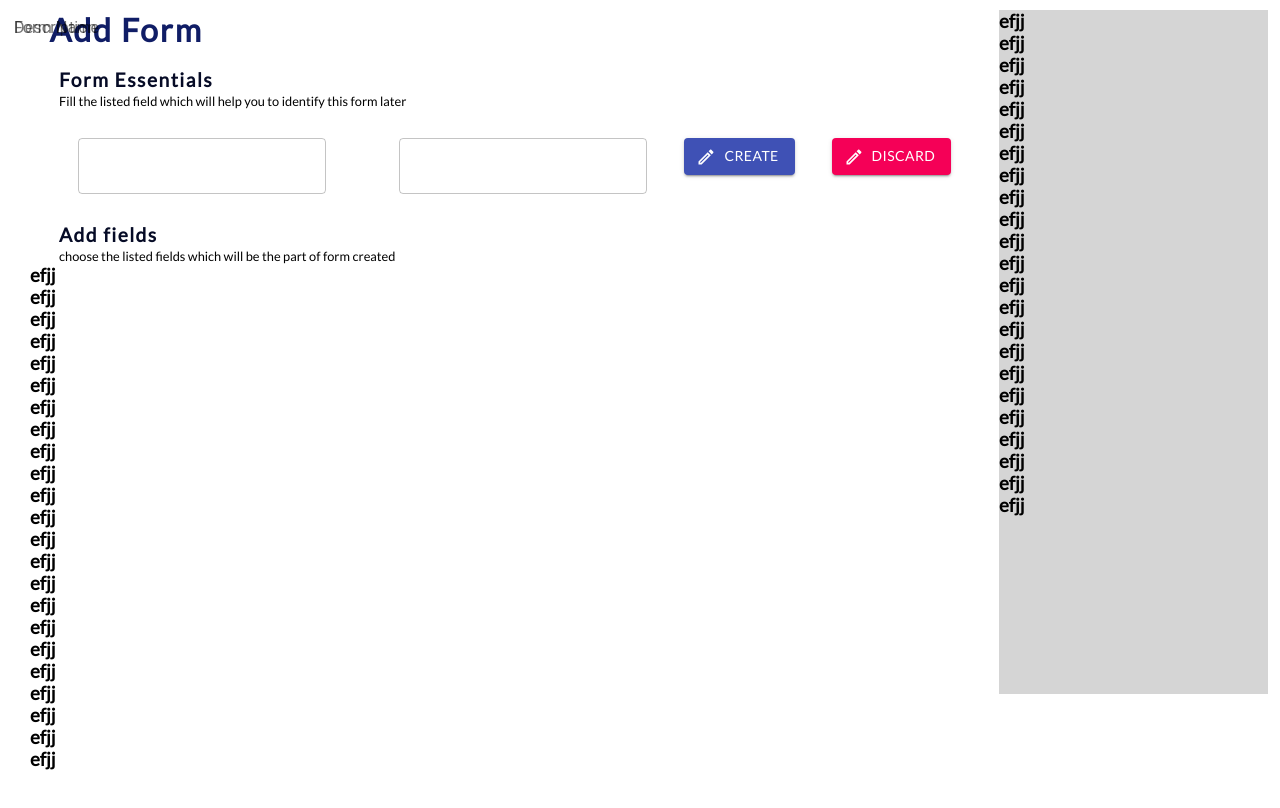
Repository: Architjain128/df
Page: /add
The author's editor kept a copy of each file at every save. The page is drawn from the files as they stood at one save, then again after the next save.
The browser window is 1280 px wide. The pictures show the whole page.
The project was rebuilt for these pictures with package versions that can differ from the ones it lists, and the page was loaded fresh each time. Also part of the build but not shown: src/App.css, src/dftable.js, src/dataForm.js.

Above is the page before, as saved 2021-06-25 16:12:04.

After the next save:
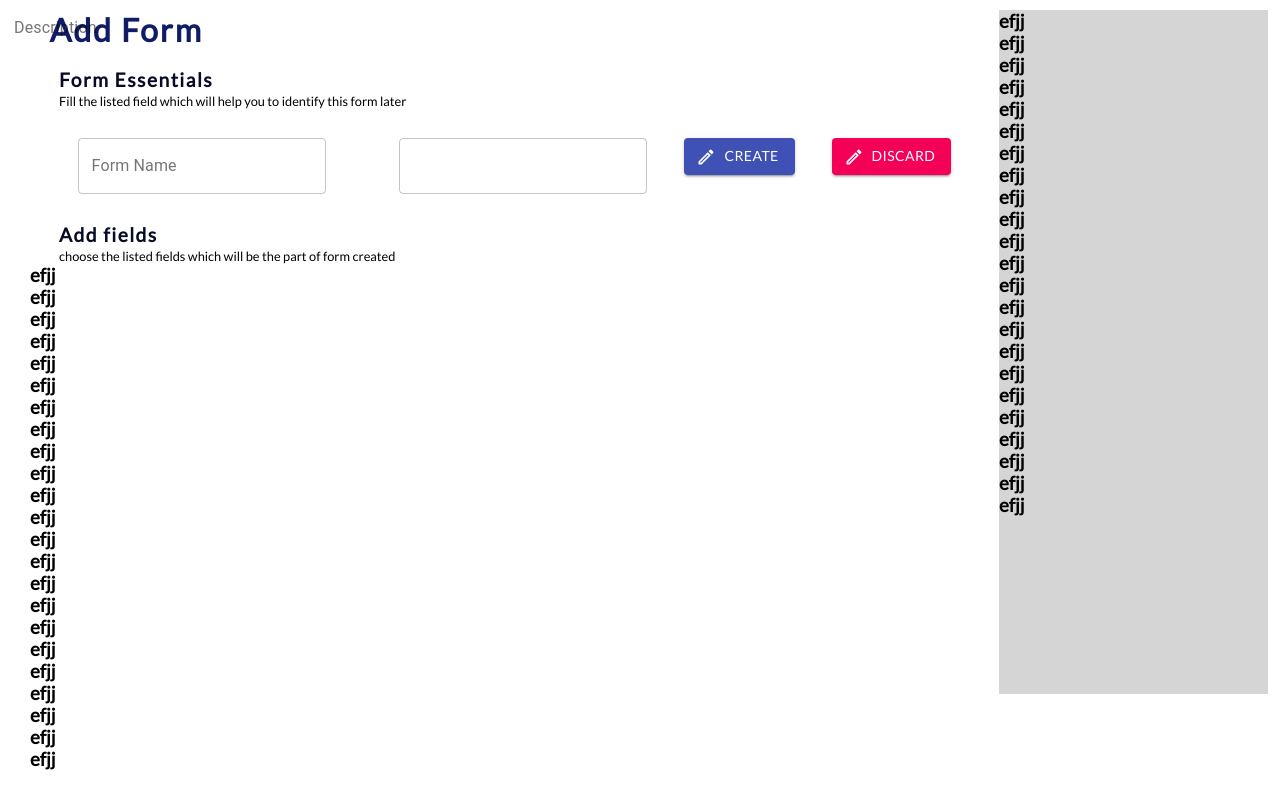
Saved 6 s later.
--- a/src/addDataForm.js
+++ b/src/addDataForm.js
@@ -14,7 +14,7 @@ class AddDataForm extends Component{
                             <div className="df-subtitle">Form Essentials</div>
                             <div className="df-description" >Fill the listed field which will help you to identify this form later</div>
                             <div className="df-form-ess">
-                                <TextField id="outlined-basic" class="flex-item1" label="Form Name" variant="outlined" /><br/>
+                                <TextField id="outlined-basic" label="Form Name" variant="outlined" /><br/>
                                 <TextField id="outlined-basic-large" class="flex-item1" label="Description" variant="outlined"/>
                                 <div className="df-create2" class="flex-item1"><Button variant="contained" color="primary" startIcon={<CreateOutlinedIcon />}> Create </Button></div>
                                 <div className="df-create2" class="flex-item1"><Button variant="contained" href='/' color="secondary" startIcon={<CreateOutlinedIcon />}> Discard </Button></div>
